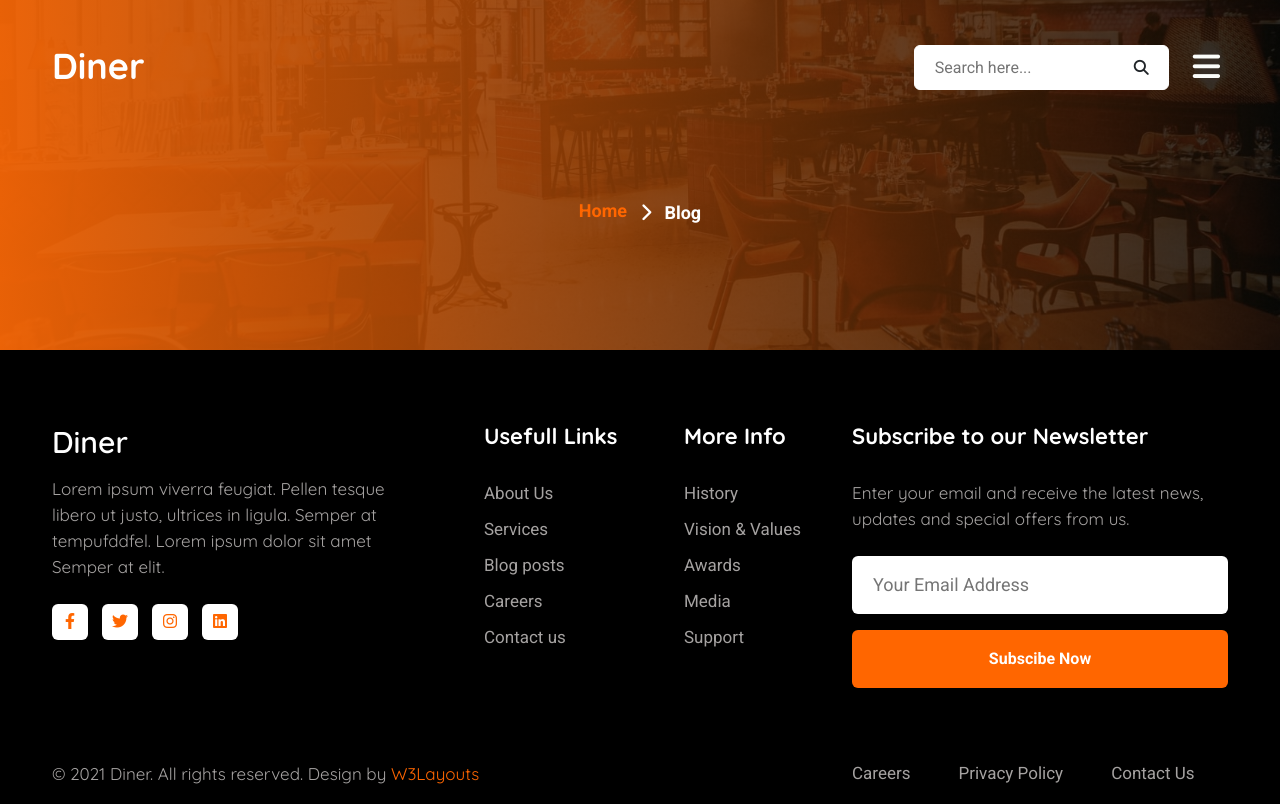
Repository: minhtrivu6199/Diner
Page: blog.html
These files come from the project's save history. The page is drawn as it stood at one moment and after the next save; the edit follows.
The browser window is 1280 px wide. The pictures show the whole page.
Backgrounds fixed to the window are drawn as part of the page. The style sheet was rebuilt from its Sass, Less or Tailwind sources for each picture, by a compiler version that may differ from the author's.

Above is the page before, as saved 2022-10-11 23:18:27.

After the next save:
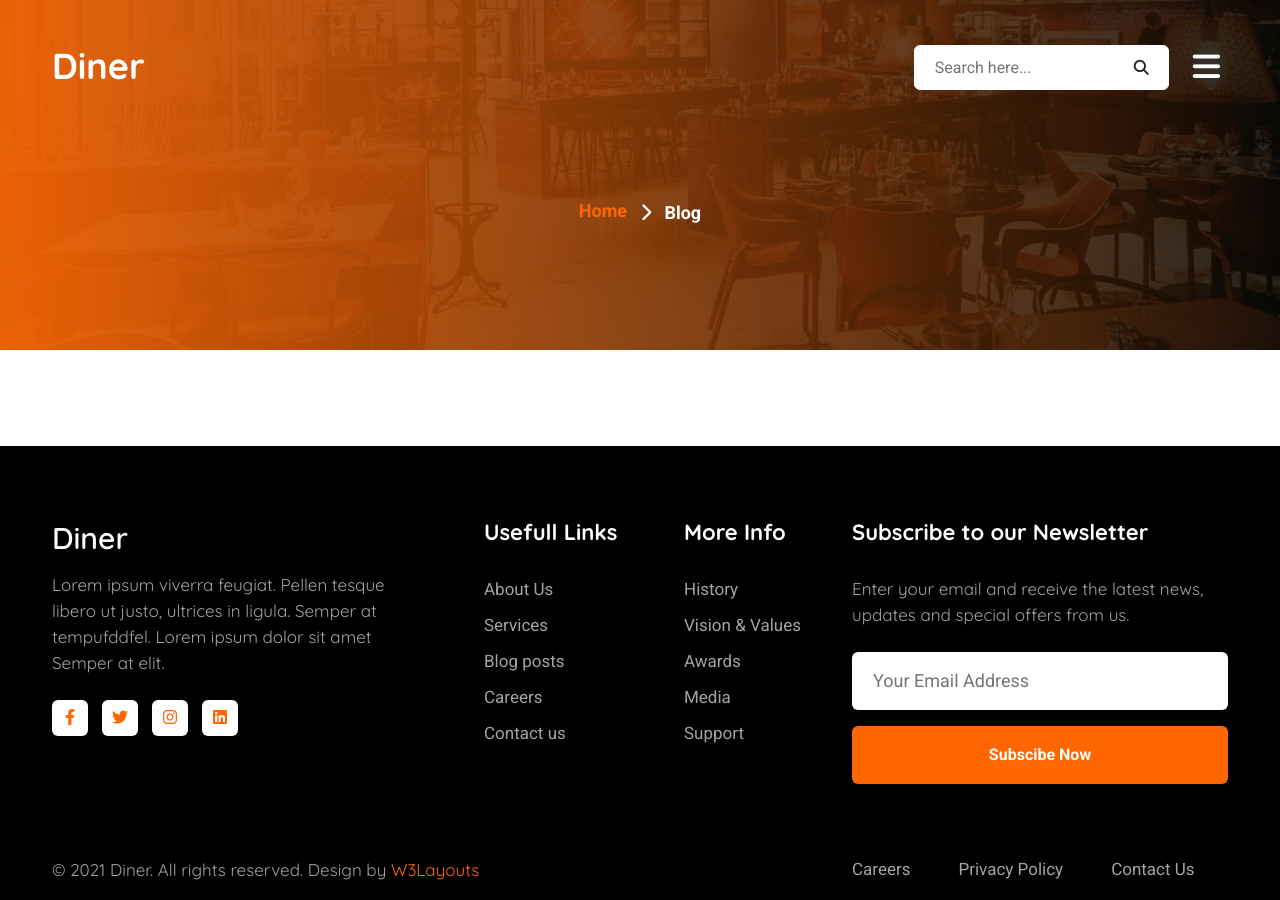
Saved 3 min 40 s later.
--- a/blog.html
+++ b/blog.html
@@ -118,6 +118,12 @@
         </div>
       </div>
     </section>
+
+    <!-- BLOG -->
+    <section class="blog py-5">
+
+    </section>
+    <!-- END BLOG -->
 
 
     <!-- FOOTER -->
